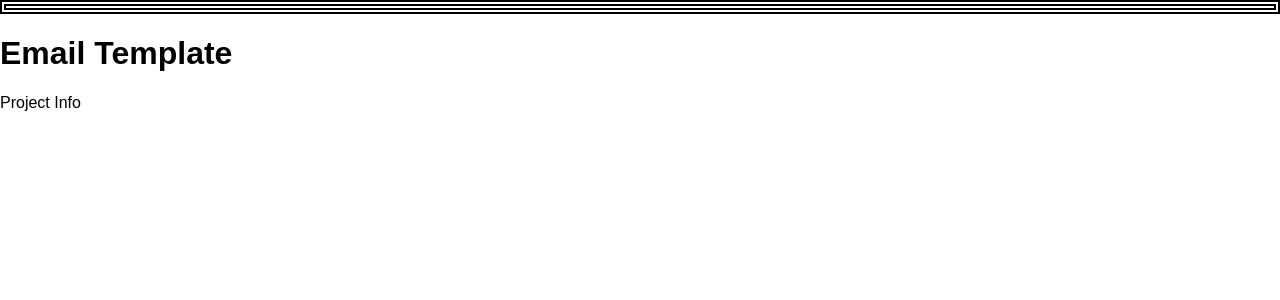
Repository: MikeeBuilds/email-template
Page: index.html
The author's editor kept a copy of each file at every save. The page is drawn from the files as they stood at one save, then again after the next save.
The browser window is 1280 px wide. The pictures show the whole page.

Above is the page before, as saved 2022-11-21 15:37:30.

After the next save:
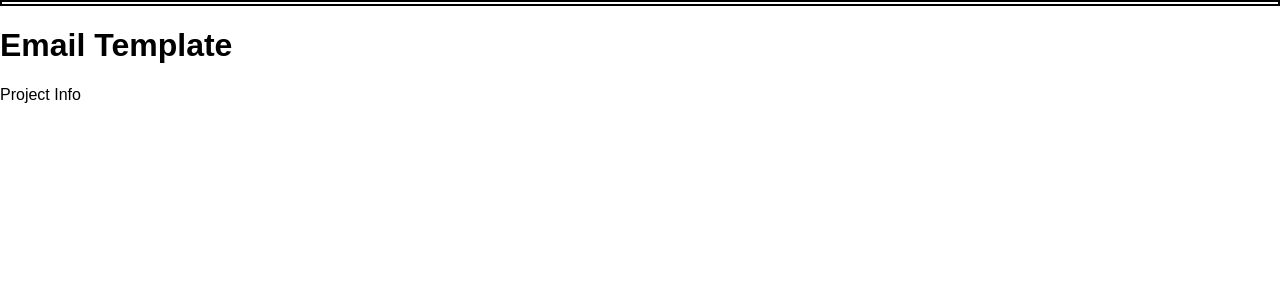
Saved 4 s later.
--- a/index.html
+++ b/index.html
@@ -25,7 +25,7 @@
             }
             </style>
 <body style="margin: 0; padding: 0;">
-    <table role="presentation" style="width: 100%; border-collapse: ;">
+    <table role="presentation" style="width: 100%; border-collapse: collapse;">
         <tr>
             <td>
 
